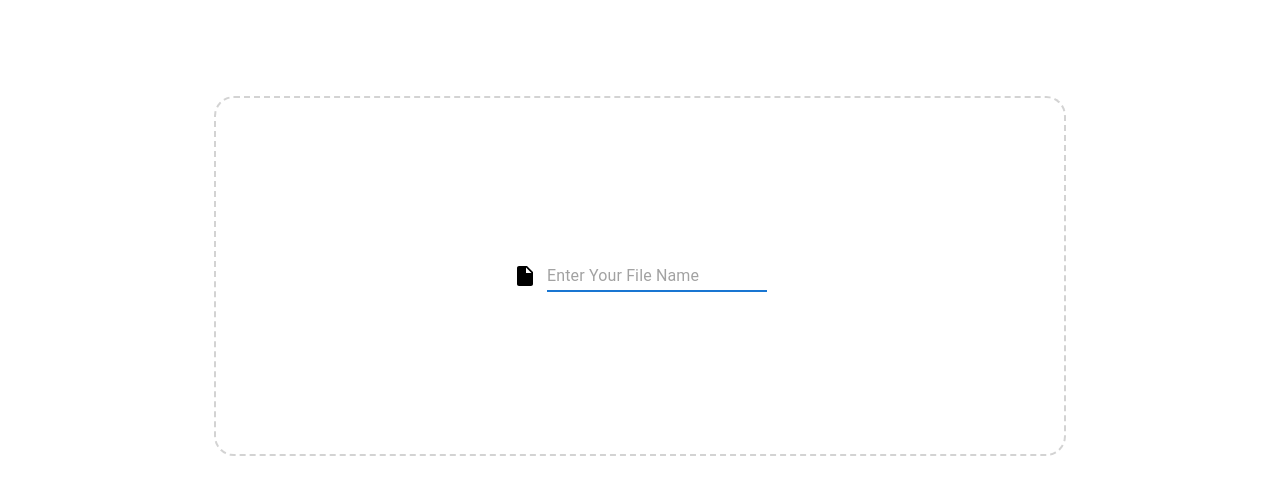
Repository: BhushanPatil-121/pdf-upload-nextjs
Page: /
An editor plug-in stored every save of this project. The page is shown before and after a run of saves, followed by the edit.
The browser window is 1280 px wide. The pictures show the whole page.
The project was rebuilt for these pictures with package versions that can differ from the ones it lists, and the page was loaded fresh each time. The framework's server and built-in components were replaced by stand-ins that run in the browser. Also part of the build but not shown: next.config.mjs.

Above is the page before, as saved 2024-02-29 11:38:10.

### src/app/page.tsx
"use client"
import styles from "./page.module.css";
import { styled } from '@mui/material/styles';
import Button from '@mui/material/Button';
import CloudUploadIcon from '@mui/icons-material/CloudUpload';
import { useState } from 'react';
import { Alert, Box, Card, Container, Stack, TextField } from "@mui/material";
import InsertDriveFileIcon from '@mui/icons-material/InsertDriveFile';
import SendIcon from '@mui/icons-material/Send';
import LoadingButton from '@mui/lab/LoadingButton';
import { CloudDownload } from "@mui/icons-material";

const VisuallyHiddenInput = styled('input')({
  clip: 'rect(0 0 0 0)',
  clipPath: 'inset(50%)',
  height: 1,
  overflow: 'hidden',
  position: 'absolute',
  bottom: 0,
  left: 0,
  whiteSpace: 'nowrap',
  width: 1,
});

export default function Home() {
  const [loading, setLoading] = useState(false);
  const [uploading, setUploding] = useState(false);
  const [fileName, setFileName] = useState<string>("")
  const [defaultFileName, setDefaultFileName] = useState<string>("")
  const [file, setFile] = useState<string>("")
  function handleClick(e: any) {
    setLoading(true);
    setTimeout(() => setLoading(false), 3000);
    setTimeout(() => {
      setUploding(true)
      setFileName("")
      setFile("")
    }, 3000);
    setTimeout(() => setUploding(false), 6000);
    e.preventDefault();
    let formData = new FormData();
    formData.append('filename', fileName);
    formData.append('file', file);
    console.log(fileName, file);
  }
  return (
    <main className={styles.main}>
      <Container maxWidth="md">
        <Box  className={styles.mainContainer }
        sx={{  height: '50vh' }}>
           <Container >
           <Box sx={{  bgColor:'red' }}
            className={styles.mainFormSubContainer1}>
              <InsertDriveFileIcon />
              <Box >
              <TextField
                id="standard-basic"
                fullWidth
                placeholder="Enter Your File Name"
                value={fileName}
                autoFocus
                onChange={(e) => { setFileName(e.target.value) }}
                variant="standard" />
              </Box>
            </Box>
            </Container>
        </Box>
      </Container>
    </main>
  );
}

### src/app/globals.css


* {
  box-sizing: border-box;
  padding: 0;
  margin: 0;
}

html,
body {
  max-width: 100vw;
  overflow-x: hidden;
}


a {
  color: inherit;
  text-decoration: none;
}

### src/app/page.module.css
.main {
  display: flex;
  flex-direction: column;
  justify-content: start;
  gap: 20px;
  align-items: center;
  padding: 6rem 0;
  min-height: 100vh;
}

.mainContainer {
  display: flex;
  flex-direction: column;
  justify-content: center;
  align-items: center;
  border-radius: 20px;
  border: dashed 2px lightgrey;
}

.mainHeading {
  color: grey;
}

.mainForm {
  display: flex;
  flex-direction: column;
  align-items: center;
  justify-content: center;
  width: 100%;
  padding: 10px;
  border-radius: 10px;
}

.mainFormContainer {
  display: flex;
  flex-direction: column;
  align-items: center;
  justify-content: center;
  width: 100%;
  height: 100%;
  border: 1px solid grey;
  border-radius: 5px;
  padding: 10px;
  gap: 10px;
  margin: 20px;
}

.mainFormSubContainer1 {
  display: flex;
  flex-direction: row;
  align-items: center;
  justify-content: center;
  gap: 10px;
  width: 100%;
}

.mainFormSubContainer2 {
  display: flex;
  flex-direction: row;
  align-items: center;
  justify-content: space-evenly;
  gap: 10px;
  width: 100%;

}

Loaded but not shown: src/app/layout.tsx (common file)

After the next 2 saves:
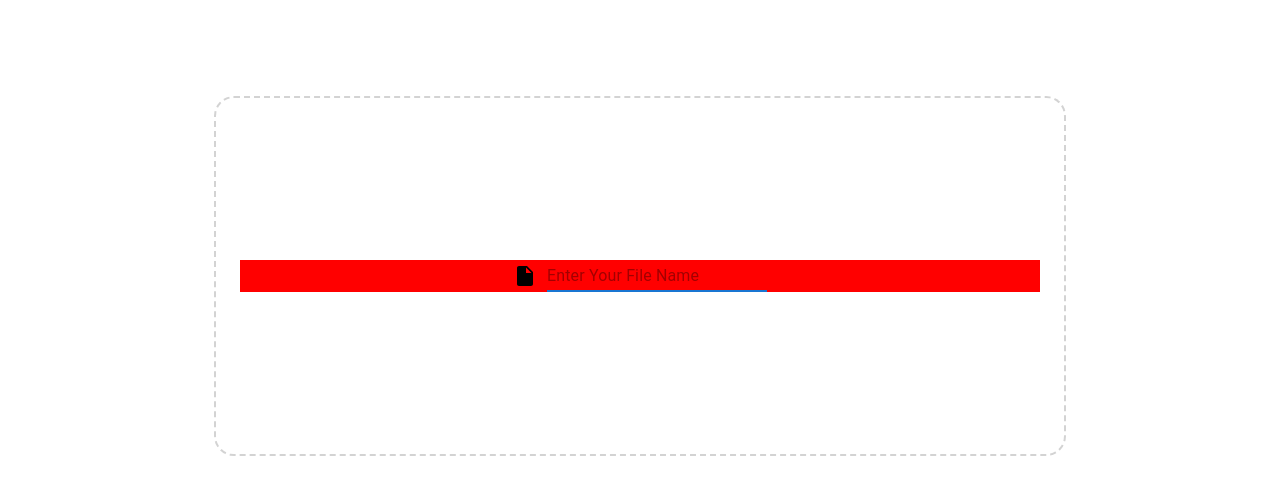
The 2 saves are shown as one change because they came seconds apart.
The last was saved 11 s later.
--- a/src/app/page.tsx
+++ b/src/app/page.tsx
@@ -49,7 +49,7 @@ export default function Home() {
         <Box  className={styles.mainContainer }
         sx={{  height: '50vh' }}>
            <Container >
-           <Box sx={{  bgColor:'red' }}
+           <Box sx={{  bgcolor:'red' }}
             className={styles.mainFormSubContainer1}>
               <InsertDriveFileIcon />
               <Box >
